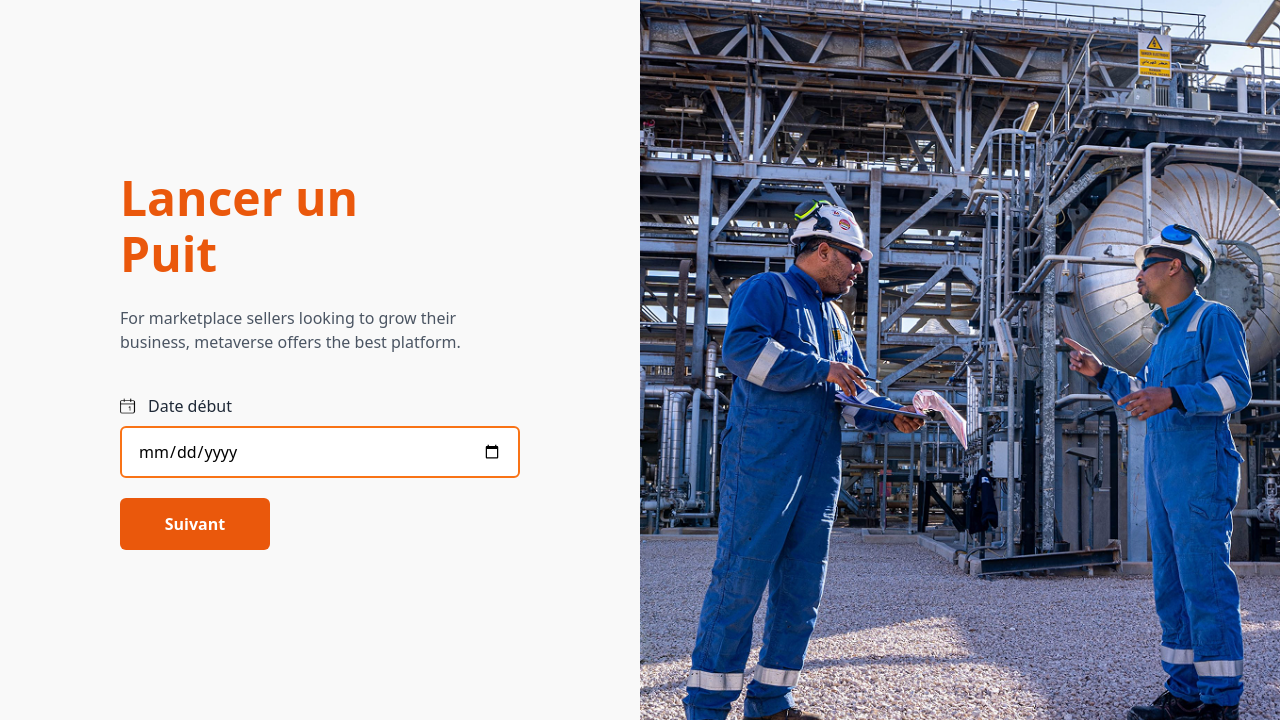
Repository: 123455675848484848484884848484/Projet_2cs
Page: / (app in front/)
The author's editor kept a copy of each file at every save. The page is drawn from the files as they stood at one save, then again after the next save.
The browser window is 1280 px wide. The pictures show the whole page.
The project was rebuilt for these pictures with package versions that can differ from the ones it lists, and the page was loaded fresh each time. Also part of the build but not shown: front/src/App.css, front/src/Login.jsx.

Above is the page before, as saved 2025-04-23 18:17:47.

### front/src/App.jsx

import './App.css';
// App.jsx
import React from "react";
import Login from "./Login";
import LancerPuit from './LancerPuit';

function App() {
  return <LancerPuit />;
}

export default App;

### front/src/LancerPuit.jsx
import React, { useState } from "react";

const LancerPuit = () => {
  const [dateDebut, setDateDebut] = useState("");

  const handleSubmit = (e) => {
    e.preventDefault();
    alert(`Date de début sélectionnée : ${dateDebut}`);
  };

  return (
    <div className="flex h-screen overflow-hidden">
      {/* Colonne gauche */}
      <div className="w-1/2 bg-[#f9f9f9] flex items-center justify-center px-[80px]">
        <div className="w-full max-w-[400px]">
          <h1 className="text-[48px] font-bold leading-[56px] text-orange-600">
            Lancer un <br /> Puit
          </h1>

          <p className="text-[16px] text-gray-600 mt-6 mb-10 leading-[24px]">
            For marketplace sellers looking to grow their business, metaverse offers the best platform.
          </p>

          <form onSubmit={handleSubmit} className="space-y-5">
            <div className="space-y-2">
              <div className="flex items-center gap-2">
                <img src="/date.png" alt="date icon" className="w-5 h-5" />
                <label htmlFor="dateDebut" className="text-[16px] font-medium text-gray-800">
                  Date début
                </label>
              </div>

              <input
                type="date"
                id="dateDebut"
                value={dateDebut}
                onChange={(e) => setDateDebut(e.target.value)}
                className="w-full h-[52px] text-[16px] px-4 border-2 border-orange-500 rounded-md focus:outline-none focus:ring-2 focus:ring-orange-600"
                required
              />
            </div>

            <button
              type="submit"
              className="w-[150px] h-[52px] bg-orange-600 hover:bg-orange-700 text-white text-[16px] font-semibold rounded-md transition"
            >
              Suivant
            </button>
          </form>
        </div>
      </div>

      {/* Colonne droite */}
      <div className="w-1/2 h-full">
        <img
          src="/lancerp.png"
          alt="Site industriel"
          className="w-full h-full object-cover"
        />
      </div>
    </div>
  );
};

export default LancerPuit;

Loaded but not shown: front/public/index.html (common file); front/src/index.js (common file); front/src/index.css (common file); front/src/reportWebVitals.js (common file); front/tailwind.config.js (common file)

After the next save:
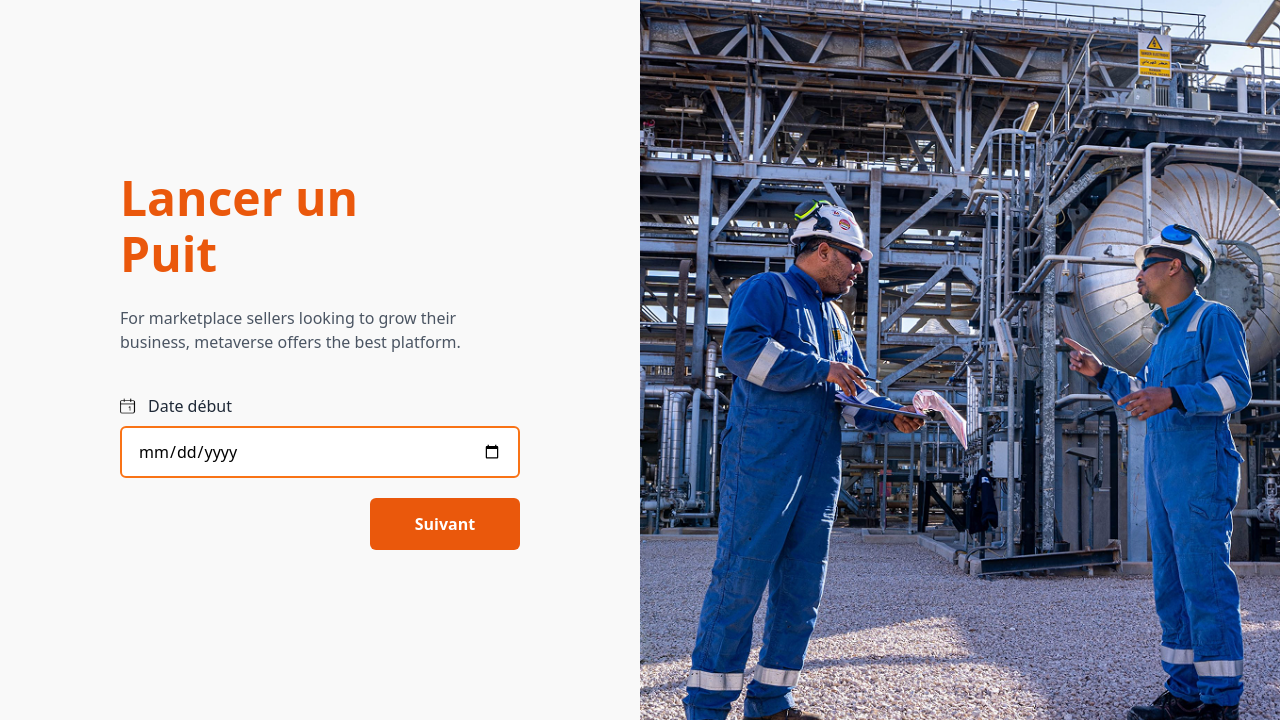
Saved 58 s later.
--- a/front/src/LancerPuit.jsx
+++ b/front/src/LancerPuit.jsx
@@ -40,12 +40,14 @@ const LancerPuit = () => {
               />
             </div>
 
-            <button
-              type="submit"
-              className="w-[150px] h-[52px] bg-orange-600 hover:bg-orange-700 text-white text-[16px] font-semibold rounded-md transition"
-            >
-              Suivant
-            </button>
+            <div className="text-right">
+  <button
+    type="submit"
+    className="w-[150px] h-[52px] bg-orange-600 hover:bg-orange-700 text-white text-[16px] font-semibold rounded-md transition"
+  >
+    Suivant
+  </button>
+</div>
           </form>
         </div>
       </div>
